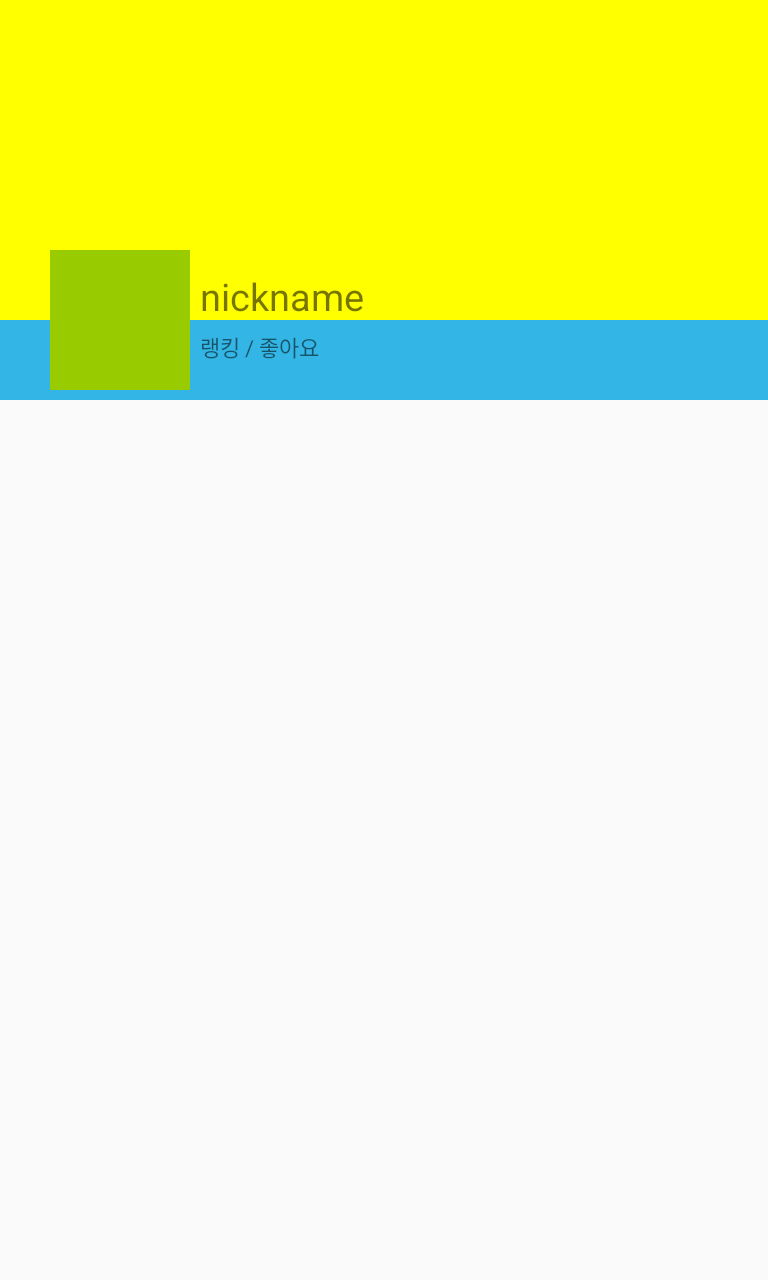
Repository: DAHYEON-PARK/SKP-GROUP
Layout: recipe/res/layout/fragment_category.xml
The author's editor kept a copy of each file at every save. The layout is drawn from the files as they stood at one save, then again after the next save.
It is drawn on a 768 x 1280 px phone screen (xhdpi) without system bars, with theme AppTheme; the app's code is not run.

Above is the layout before, as saved 2015-02-19 10:48:09.

After the next save:
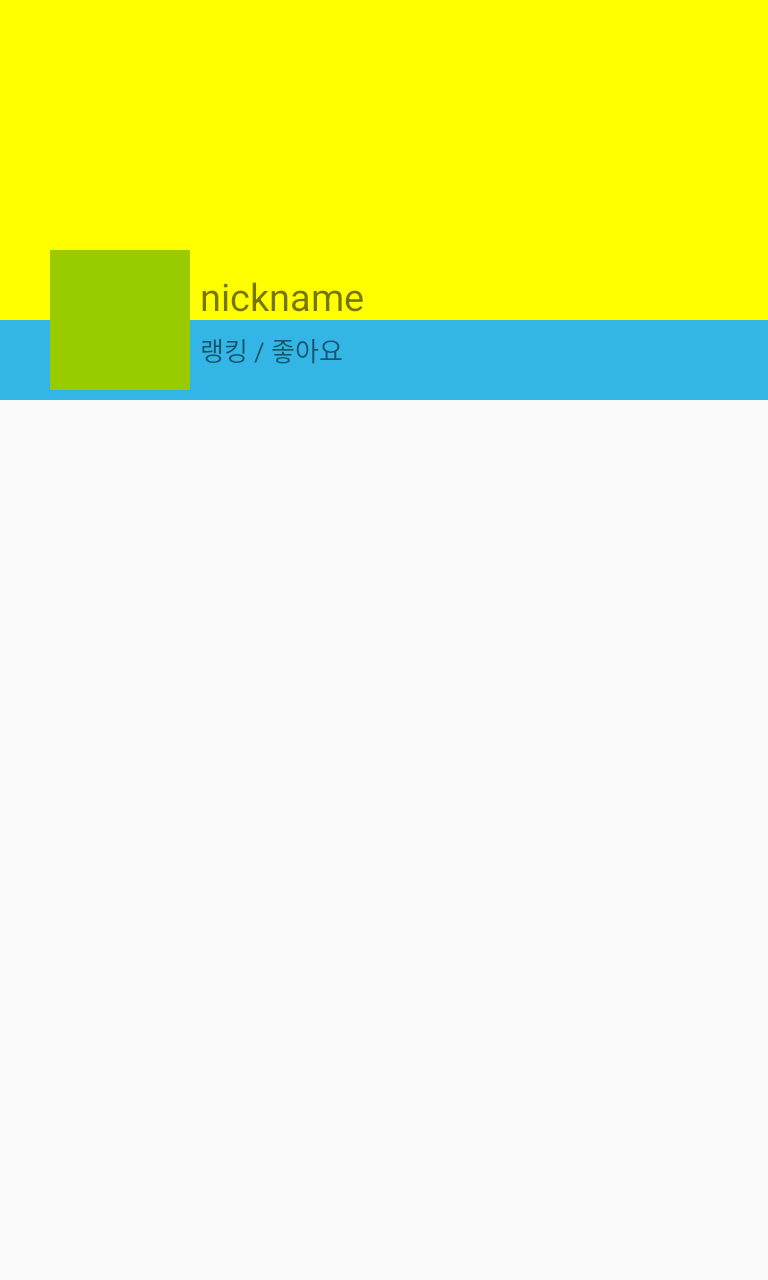
Saved 3 min 42 s later.
--- a/recipe/res/layout/fragment_category.xml
+++ b/recipe/res/layout/fragment_category.xml
@@ -35,8 +35,15 @@
             android:text="랭킹 / 좋아요"
             android:layout_marginTop="165dp"
             android:layout_marginLeft="100dp"
-            android:textSize="@dimen/sp10"/>
+            android:textSize="@dimen/sp12"/>
 
     </FrameLayout>
 
+    <LinearLayout
+        android:layout_width="match_parent"
+        android:layout_height="wrap_content">
+
+
+    </LinearLayout>
+
 </LinearLayout>
